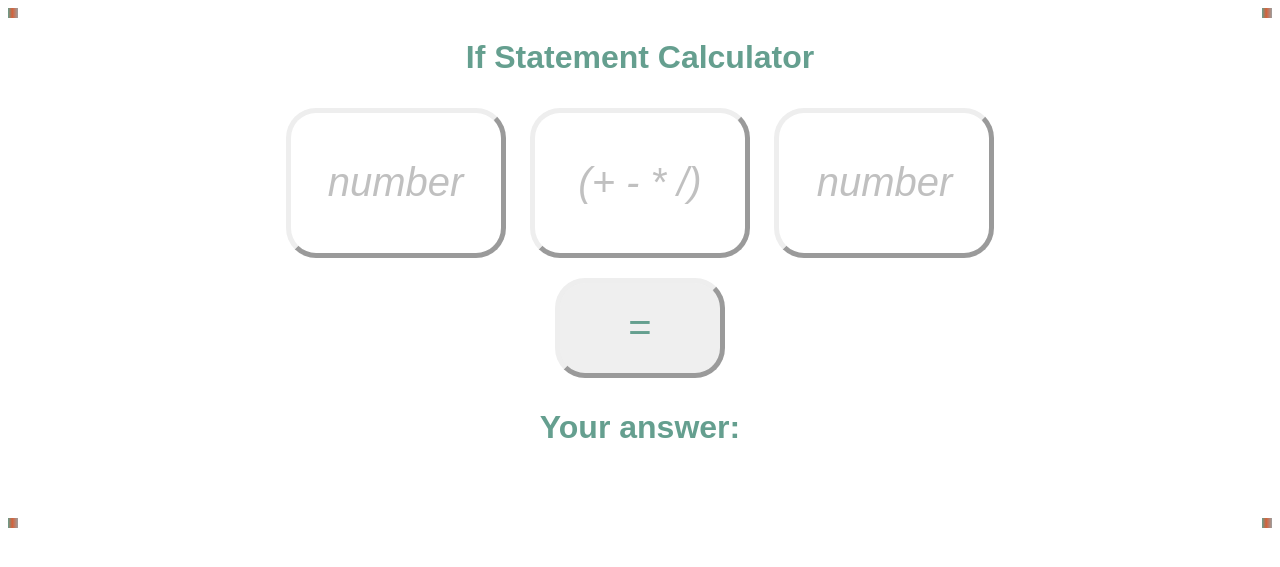
Repository: WesleyErasmus/threeInputCalculator
Page: html/if-calculator.html
An editor plug-in stored every save of this project. The page is shown before and after the next save, followed by the edit.
The browser window is 1280 px wide. The pictures show the whole page.

Above is the page before, as saved 2022-04-27 23:01:12.

### html/if-calculator.html
<!DOCTYPE html>
<html lang="en">
<head>
    <meta charset="UTF-8">
    <meta http-equiv="X-UA-Compatible" content="IE=edge">
    <meta name="viewport" content="width=device-width, initial-scale=1.0">
    <title>JS If Calculator</title>
    <link rel="stylesheet" href="/css/stylesheet.css">
    <script src="/js/if-calculator.js"></script>
</head>
<body>
    <div id="topGradientBar"></div>
<center>
    <form onsubmit="return false;">
        <h1>If Statement Calculator</h1>
         <input id="input1" type="text" name = "input1" placeholder="number"> <!-- input-1 -->
         <input id="input3" type="text" name = "input3" placeholder="(+ - * /)"> <!-- input-3 (operator) -->
         <input id="input2" type="text" name = "input2" placeholder="number"> <!-- input-2 -->
        <div>
         <button onclick="sum()">=</button>
        </div>
         <h1>Your answer:</h1>
         <p id="output"></p>
    </form>
    <div id="topGradientBar"></div>
</center>
</body>
</html>

### css/stylesheet.css
body {
font-family: sans-serif;
/* background-color: #9e9e9e; */
}
/* #topGradientBar {
    background: rgb(101,159,143);
background: linear-gradient(90deg, rgba(101,159,143,1) 0%, rgba(213,97,58,1) 42%, rgba(158,158,158,1) 100%);
height: 10px;
} */
h1 {
    color: #659f8f;
}
form {
    border: 10px solid;
    border-image: linear-gradient(90deg, rgba(101,159,143,1) 0%, rgba(213,97,58,1) 42%, rgba(158,158,158,1) 100%);
    display: block;
    margin: 0 auto;
}
input {
    width: 170px;
    height: 100px;
    padding: 20px;
    margin: 10px;
    text-align: center;
    font-size: 40px;
    border-radius: 30px;
    border: 5px outset;
}
button {
    color: #659f8f;
    width: 170px;
    height: 100px;
    padding: 0;
    margin: 10px;
    font-size: 40px;
    border-radius: 30px;
    border: 5px outset;
}
p {
    text-align: center;
    margin: 10px;
    padding: 20px;
    font-size: 75px;
    border-radius: 10px;
    color: #d5613a;
}
::placeholder {
    color: #9e9e9ea6;
    font-style: italic;
}

### js/if-calculator.js
function sum() {
const num1 = document.getElementById("input1").value;
const num2 = document.getElementById("input2").value;
const operator = document.getElementById("input3").value;
const output = document.getElementById("output").value;
  let answer;
  document.getElementById("output").value;
  if (operator == '+') {
    answer = +num1 + +num2;
    document.getElementById("output").innerHTML = answer;
  } else if (operator == '-') {
    answer = num1 - num2;
    document.getElementById("output").innerHTML = answer;
  } else if (operator == '*') {
    answer = num1 * num2;
    document.getElementById("output").innerHTML = answer;
  } else {
    answer = num1 / num2;
    document.getElementById("output").innerHTML = answer;
  }console.log(answer);
}

After the next save:
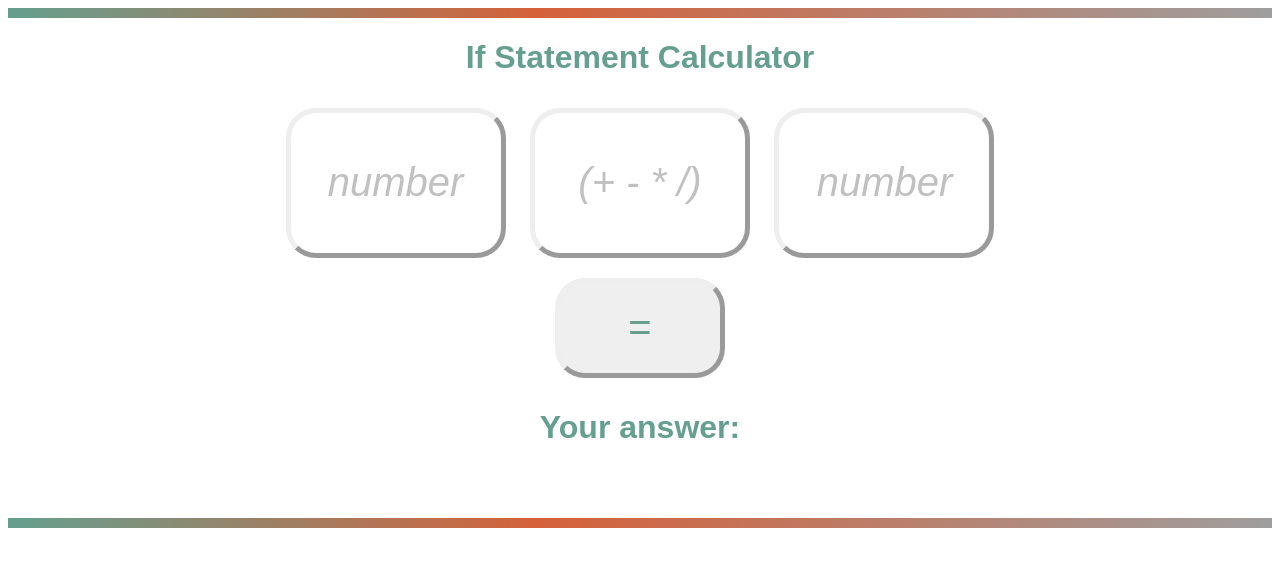
Saved 50 s later.
--- a/css/stylesheet.css
+++ b/css/stylesheet.css
@@ -2,17 +2,15 @@ body {
 font-family: sans-serif;
 /* background-color: #9e9e9e; */
 }
-/* #topGradientBar {
+#topGradientBar {
     background: rgb(101,159,143);
 background: linear-gradient(90deg, rgba(101,159,143,1) 0%, rgba(213,97,58,1) 42%, rgba(158,158,158,1) 100%);
 height: 10px;
-} */
+}
 h1 {
     color: #659f8f;
 }
 form {
-    border: 10px solid;
-    border-image: linear-gradient(90deg, rgba(101,159,143,1) 0%, rgba(213,97,58,1) 42%, rgba(158,158,158,1) 100%);
     display: block;
     margin: 0 auto;
 }
